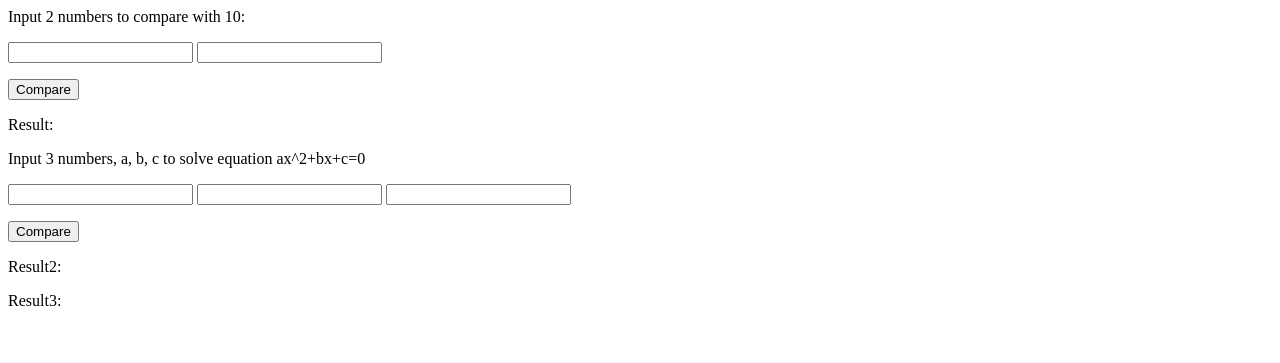
Repository: Hok1988/HomeWork
Page: HomeWork4/Massive/war/index.html
These files come from the project's save history. The page is drawn as it stood at one moment and after the next save; the edit follows.
The browser window is 1280 px wide. The pictures show the whole page.
The page's requests for data from a server got no answer.

Above is the page before, as saved 2016-05-27 19:21:58.

### HomeWork4/Massive/war/index.html
<!DOCTYPE HTML PUBLIC "-//W3C//DTD HTML 4.01 Transitional//EN">
<!-- The HTML 4.01 Transitional DOCTYPE declaration-->
<!-- above set at the top of the file will set     -->
<!-- the browser's rendering engine into           -->
<!-- "Quirks Mode". Replacing this declaration     -->
<!-- with a "Standards Mode" doctype is supported, -->
<!-- but may lead to some differences in layout.   -->

<html>
<head>
<title> </title>
<meta http-equiv="Content-Type" content="text/html;charset=utf-8">
</head>

<script src="jquery-2.1.0.min.js"></script>
<script>
  $( function() {
	  $('#answer_random').load("/massive?func=default");
	  $('#compare').click(function() {
			var var1 = $('#varCompare1').val();
			var var2 = $('#varCompare2').val();

			$('#result1').load("/massive?var1="+var1+"&var2="+var2+"&func=compare");
	  } );
	  $('#solve').click(function() {
			var var1 = $('#varSolve1').val();
			var var2 = $('#varSolve2').val();
			var var3 = $('#varSolve3').val();

			$('#result2').load("/massive?var1="+var1+"&var2="+var2+"&var3="+var3+"&func=solve");
	  } );
	  $('#result3').load("/massive?func=result3");
  } );
</script>
<body>
<span style="color:red" id="answer_random"></span>
 <form>
<p>Input 2 numbers to compare with 10:</p>
<input id="varCompare1" type="text"/>
<input id="varCompare2" type="text"/>
</form>
<button id="compare">Compare</button>
<p>
Result:
<b><span style="color:blue" id="result1"></span></b></p>
 <form>
<p>Input 3 numbers, a, b, c to solve equation ax^2+bx+c=0</p>
<input id="varSolve1" type="text"/>
<input id="varSolve2" type="text"/>
<input id="varSolve3" type="text"/>
</form>
<button id="solve">Compare</button>
<p>
Result2:
<b><span style="color:blue" id="result2"></span></b></p>

 Result3:
<div style="color:blue" id="result3"></div>
 </body>
</html>

Loaded but not shown: HomeWork4/Massive/war/jquery-2.1.0.min.js (library)

After the next save:
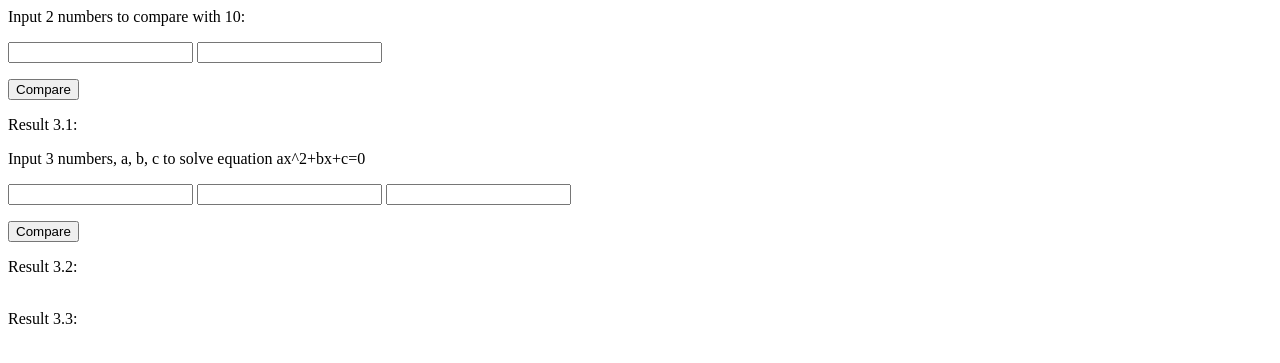
Saved 79 s later.
--- a/HomeWork4/Massive/war/index.html
+++ b/HomeWork4/Massive/war/index.html
@@ -41,7 +41,7 @@
 </form>
 <button id="compare">Compare</button>
 <p>
-Result:
+Result 3.1:
 <b><span style="color:blue" id="result1"></span></b></p>
  <form>
 <p>Input 3 numbers, a, b, c to solve equation ax^2+bx+c=0</p>
@@ -51,10 +51,10 @@ Result:
 </form>
 <button id="solve">Compare</button>
 <p>
-Result2:
-<b><span style="color:blue" id="result2"></span></b></p>
+Result 3.2:
+<b><span style="color:blue" id="result2"></span></b></p> <br/>
 
- Result3:
+ Result 3.3:
 <div style="color:blue" id="result3"></div>
  </body>
 </html>
